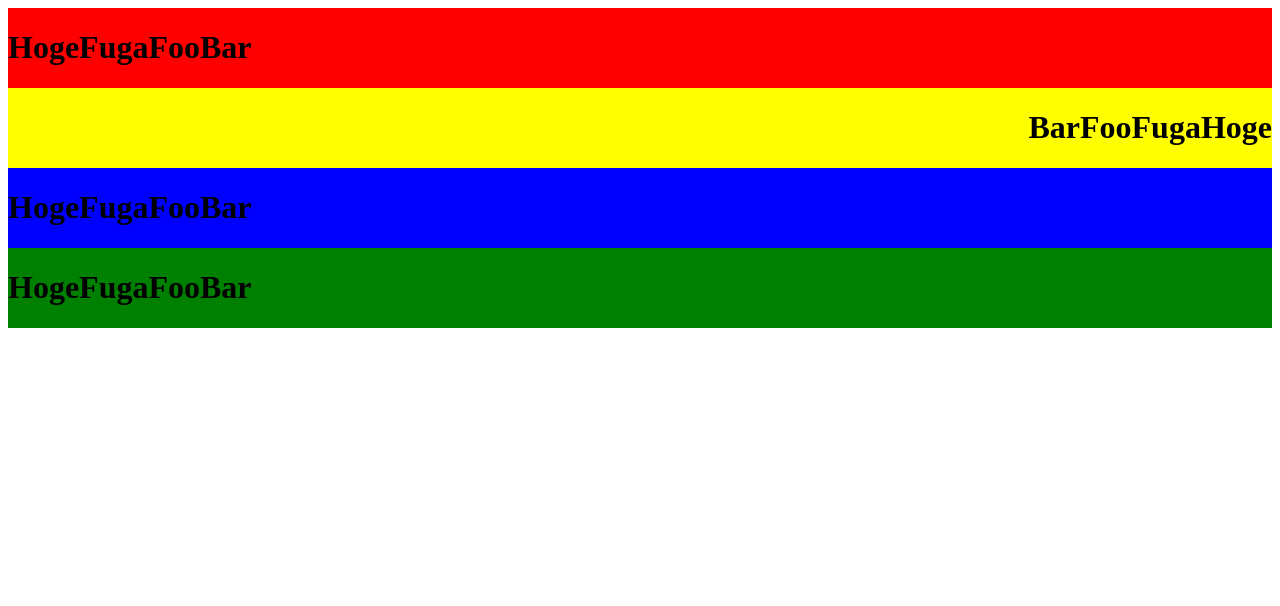
Repository: kota-nakasaka/samurai_HTML-CSS
Page: index2.html
The author's editor kept a record of every edit. The page is drawn from the files as they stood at one moment, then again after the next edit.
The browser window is 1280 px wide. The pictures show the whole page.

Above is the page before.

### index2.html
<html lang="ja">
    <head>
        <style>
            #sort {
                display: flex;
                flex-direction: row;
                background-color: red;
            }

            #reverse {
                display: flex;
                flex-direction: row-reverse;
                background-color: yellow;
            }

            #column {
                display: flex;
                flex-derection: column;
                background-color: blue;
            }

            #column-reverse {
                display: flex;
                flex-derection: column-reverse;
                background-color: green;
            }
        </style>
    </head>
    <body>
        <div id="sort">
            <h1>Hoge</h1>
            <h1>Fuga</h1>
            <h1>Foo</h1>
            <h1>Bar</h1>
        </div>

        <div id="reverse">
            <h1>Hoge</h1>
            <h1>Fuga</h1>
            <h1>Foo</h1>
            <h1>Bar</h1>
        </div>

        <div id="column">
            <h1>Hoge</h1>
            <h1>Fuga</h1>
            <h1>Foo</h1>
            <h1>Bar</h1>
        </div>

        <div id="column-reverse">
            <h1>Hoge</h1>
            <h1>Fuga</h1>
            <h1>Foo</h1>
            <h1>Bar</h1>
        </div>
    </body>
</html>

After the next edit:
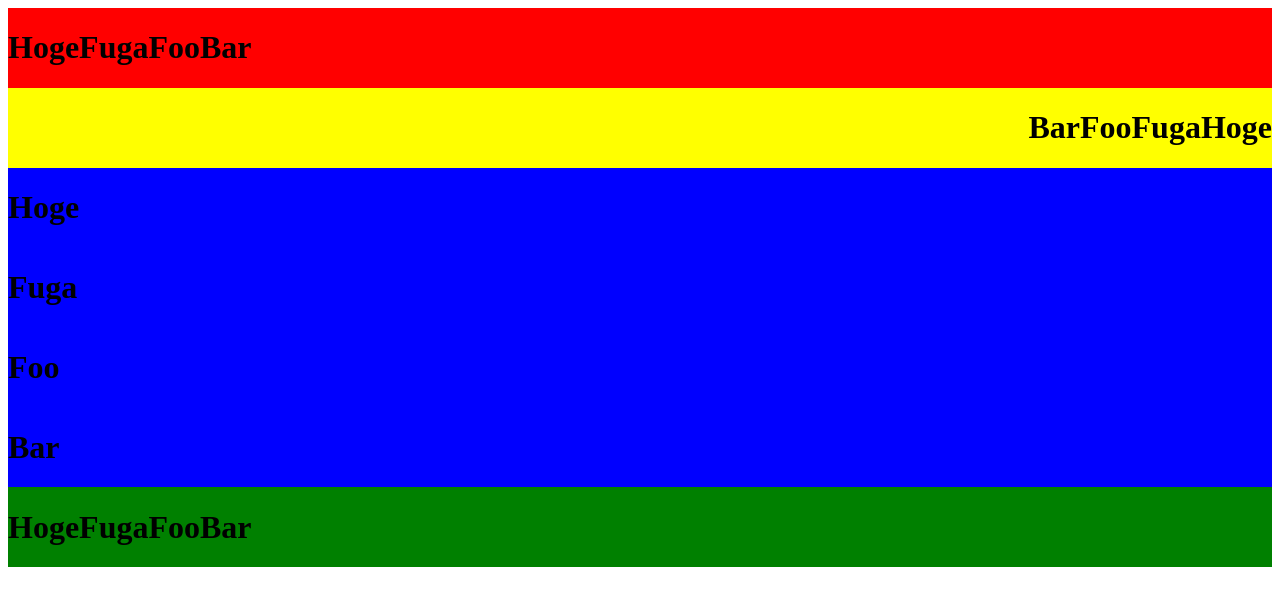
The edit:
--- a/index2.html
+++ b/index2.html
@@ -15,7 +15,7 @@
 
             #column {
                 display: flex;
-                flex-derection: column;
+                flex-direction: column;
                 background-color: blue;
             }
 
